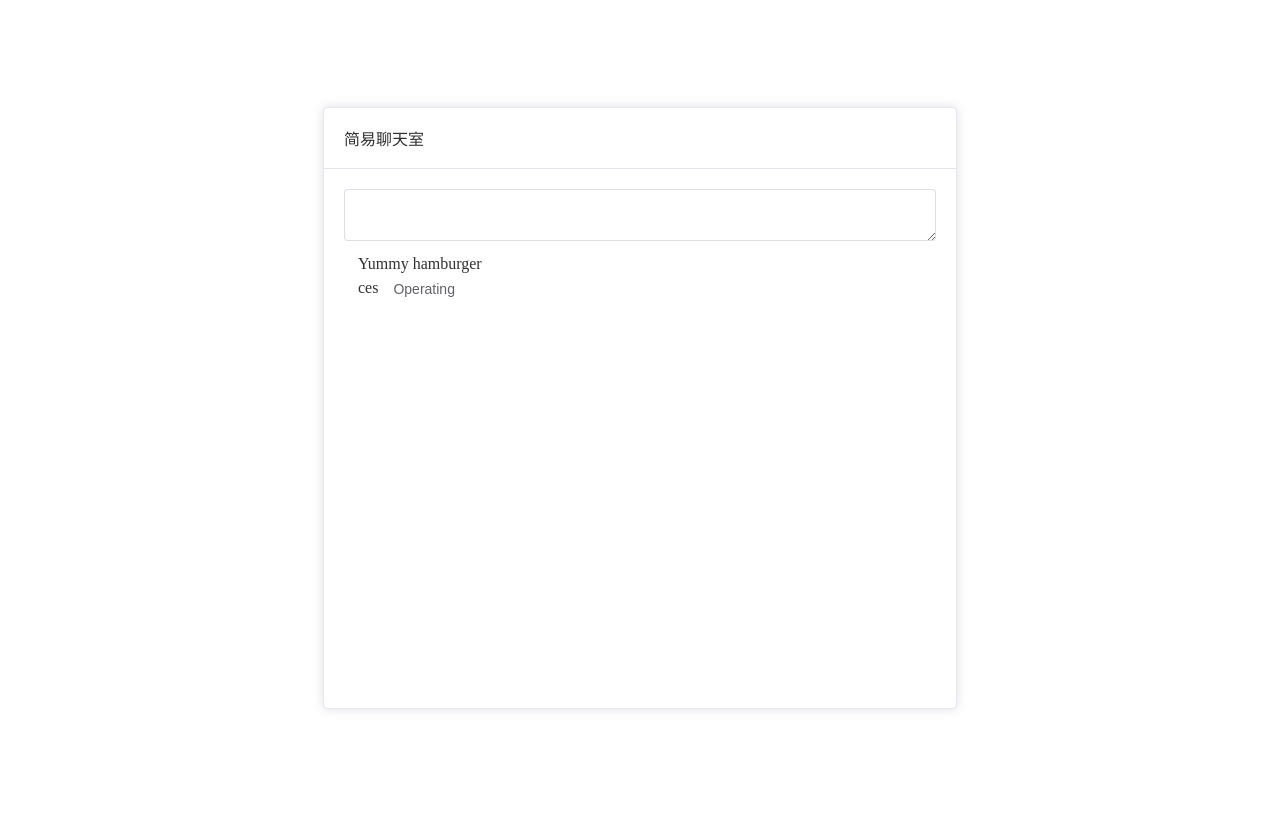
Repository: qs991/Elephant
Page: / (app in WebSocketApI/Web/websocketroom/)
The author's editor kept a copy of each file at every save. The page is drawn from the files as they stood at one save, then again after the next save.
The browser window is 1280 px wide. The pictures show the whole page.
The project was rebuilt for these pictures with package versions that can differ from the ones it lists, and the page was loaded fresh each time. Also part of the build but not shown: WebSocketApI/Web/websocketroom/vite.config.js.

Above is the page before, as saved 2023-08-25 14:06:29.

### WebSocketApI/Web/websocketroom/src/App.vue
<template>
  <div class="mainDiv">
    <el-card class="box-card">
      <template #header>
        <div class="card-header">
          <span>简易聊天室</span>
        </div>
      </template>
      <el-input class="messageTxt" type="textarea" />
      <div style="padding: 14px">
        <span>Yummy hamburger</span>
        <div class="bottom">
          <time class="time">ces</time>
          <el-button text class="button">Operating</el-button>
        </div>
      </div>
    </el-card>
  </div>
</template>
<script setup>
</script>
<style>
.text {
  font-size: 14px;
}

.item {
  margin-bottom: 18px;
}

.box-card {
  width: 50%;
  height: 600px;
}
.mainDiv {
  width: 100%;
  height: 800px;
  display: flex;
  align-items: center;
  justify-content: center;
}
.messageTxt {
  height: 80%;
}
</style>

Loaded but not shown: WebSocketApI/Web/websocketroom/index.html (common file); WebSocketApI/Web/websocketroom/src/main.js (common file)

After the next save:
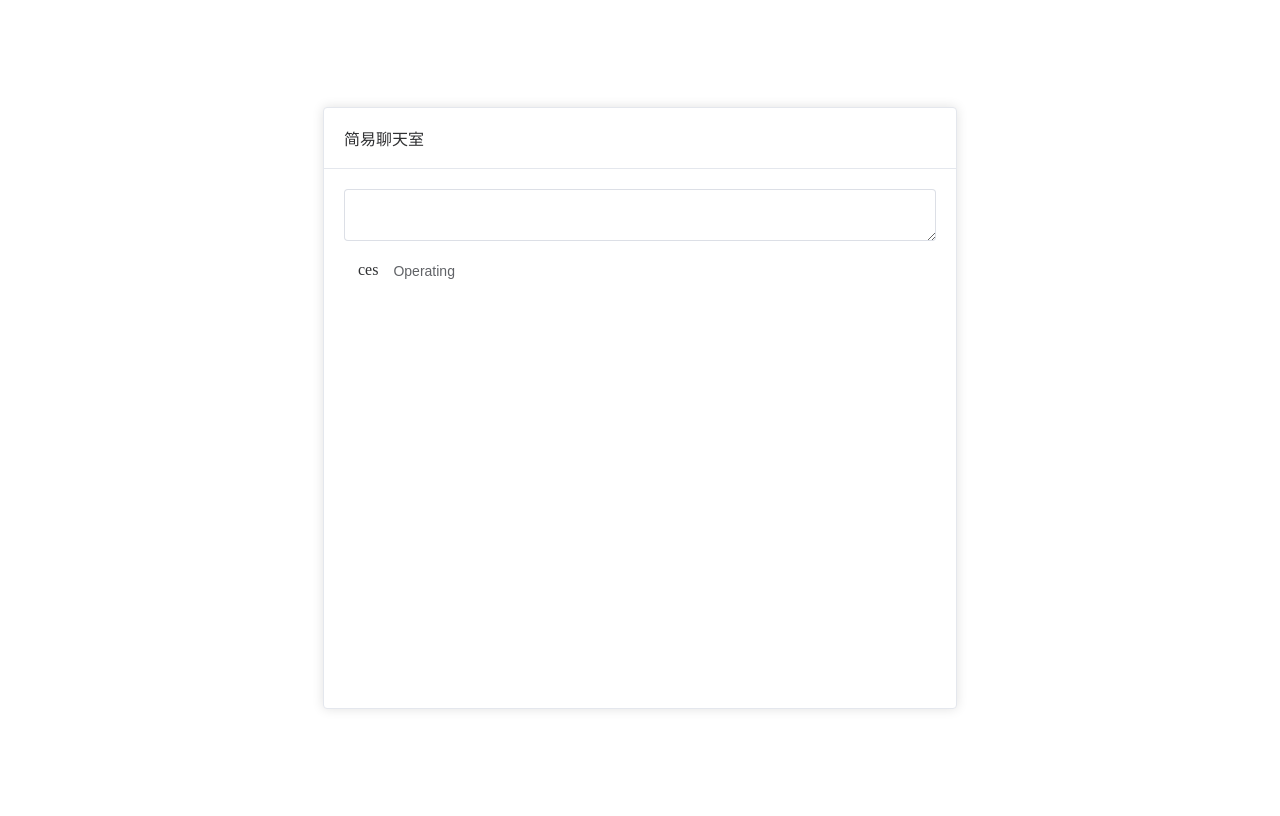
Saved 16 s later.
--- a/WebSocketApI/Web/websocketroom/src/App.vue
+++ b/WebSocketApI/Web/websocketroom/src/App.vue
@@ -8,7 +8,6 @@
       </template>
       <el-input class="messageTxt" type="textarea" />
       <div style="padding: 14px">
-        <span>Yummy hamburger</span>
         <div class="bottom">
           <time class="time">ces</time>
           <el-button text class="button">Operating</el-button>
